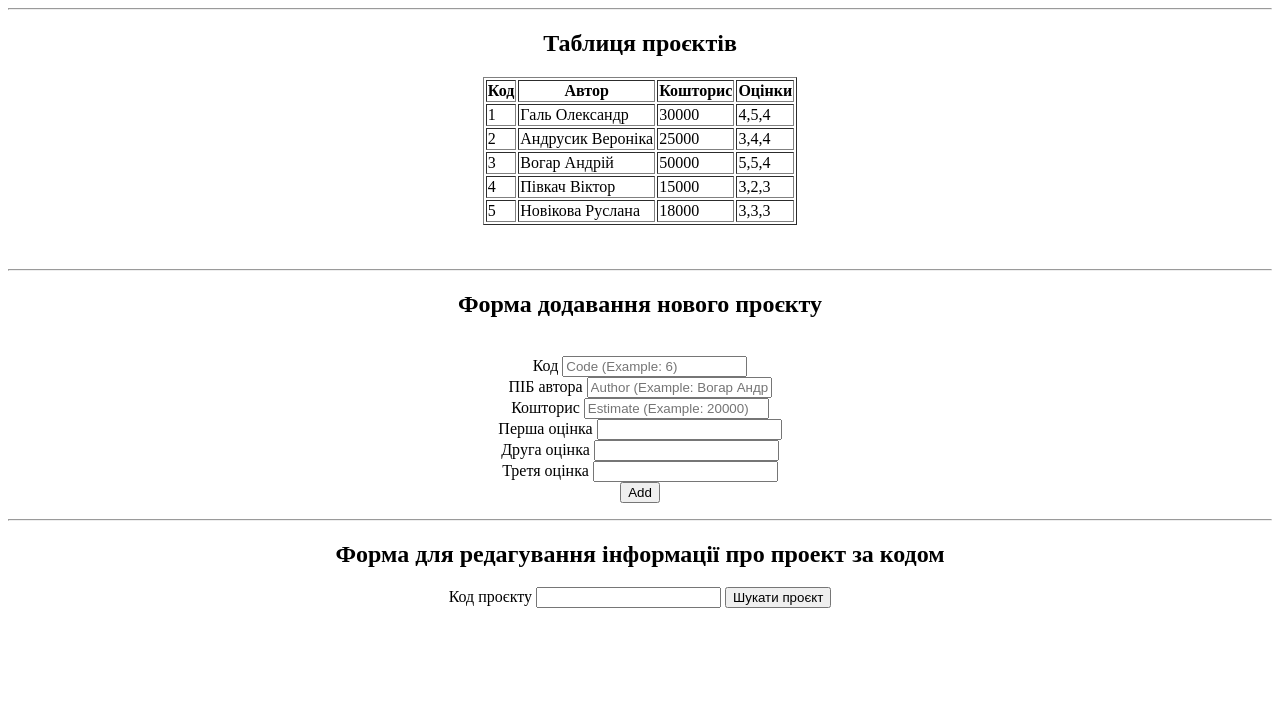
Repository: AndriyVohar/PHP-learn
Page: http://localhost/
The author's editor kept a copy of each file at every save. The page is drawn from the files as they stood at one save, then again after the next save.
The browser window is 1280 px wide. The pictures show the whole page.
The page is run by PHP 8.4 with error messages shown; the project is at /var/www/html/.

Above is the page before, as saved 2023-10-04 20:04:37.

After the next save:
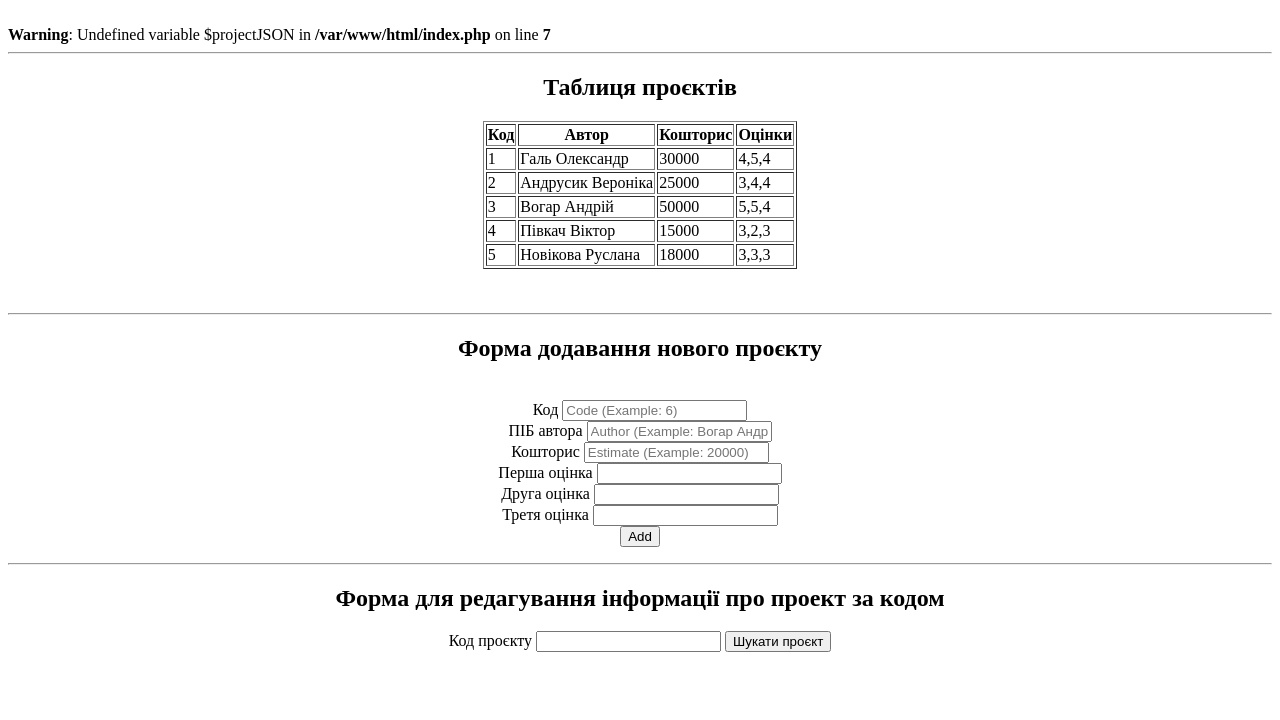
Saved 17 s later.
--- a/Lab-2/index.php
+++ b/Lab-2/index.php
@@ -4,7 +4,7 @@
 // var_dump($projectsJSON);
 $projectsJSON = file_get_contents('projects-data.json');
 $pr = json_decode($projectsJSON);
-// echo $projectJSON;
+echo $projectJSON;
 $projects = [
     1=>[
         'code'=>1,

After the save that followed:
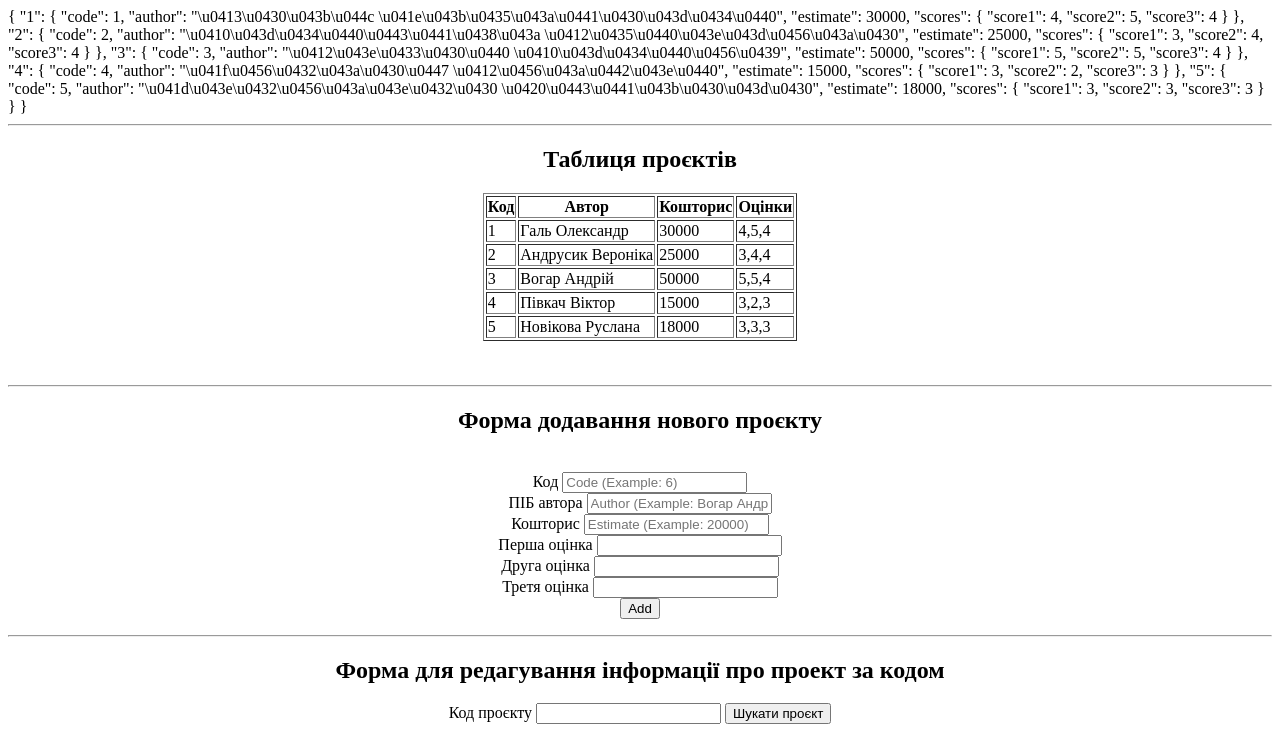
Saved 7 s later.
--- a/Lab-2/index.php
+++ b/Lab-2/index.php
@@ -4,7 +4,7 @@
 // var_dump($projectsJSON);
 $projectsJSON = file_get_contents('projects-data.json');
 $pr = json_decode($projectsJSON);
-echo $projectJSON;
+echo $projectsJSON;
 $projects = [
     1=>[
         'code'=>1,
